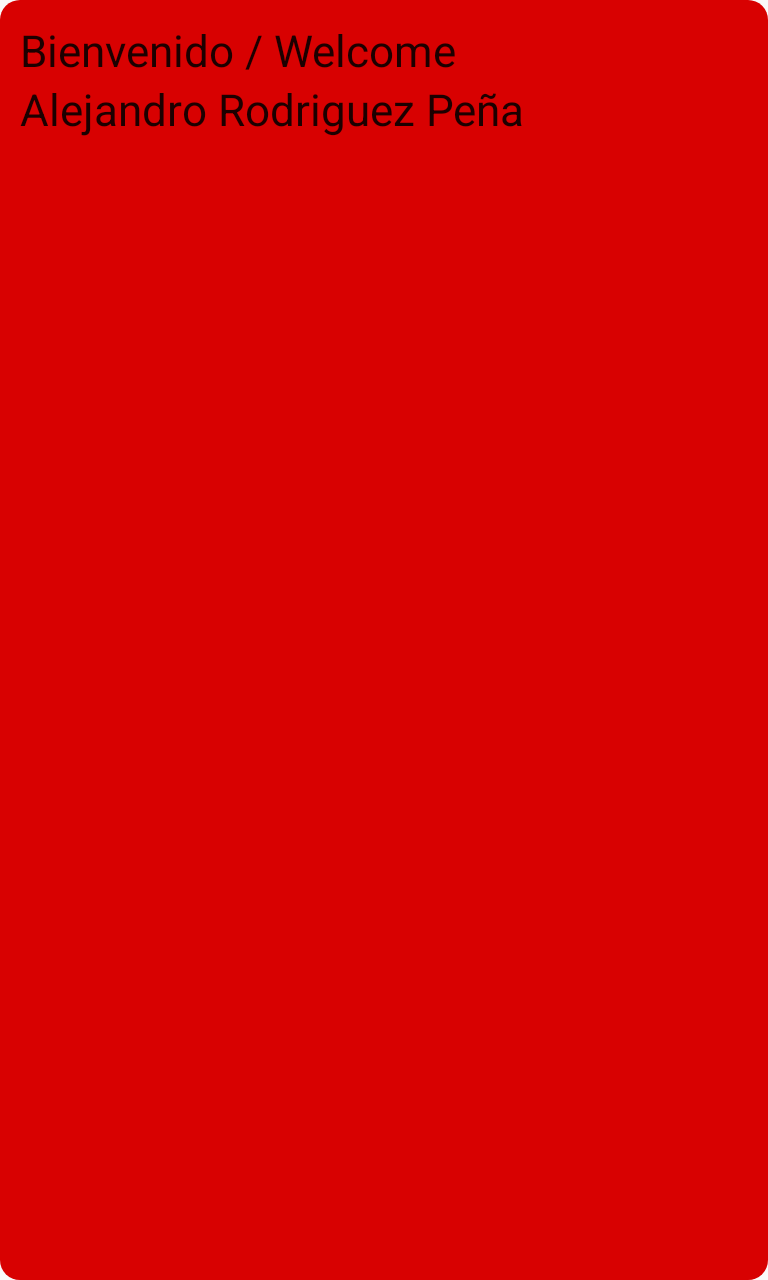
Repository: arodriguezp2003/aqandroid
Layout: Validador/res/layout/alerta_error.xml
The author's editor kept a copy of each file at every save. The layout is drawn from the files as they stood at one save, then again after the next save.
It is drawn on a 768 x 1280 px phone screen (xhdpi) without system bars, with theme AppTheme; the app's code is not run.

Above is the layout before, as saved 2014-07-10 15:54:34.

### Validador/res/layout/alerta_error.xml
<?xml version="1.0" encoding="utf-8"?>
<LinearLayout xmlns:android="http://schemas.android.com/apk/res/android"
    android:id="@+id/alerta_error"
    android:layout_width="fill_parent"
    android:layout_height="fill_parent"
    android:background="@drawable/alerta_error"
    android:orientation="vertical"
    android:padding="10dp" >

    <TextView
        android:id="@+id/aer_welcome"
        android:layout_width="wrap_content"
        android:layout_height="wrap_content"
        android:text="Bienvenido / Welcome"
        android:textAppearance="?android:attr/textAppearanceLarge" />

    <TextView
        android:id="@+id/aerName"
        android:layout_width="wrap_content"
        android:layout_height="wrap_content"
        android:text="Alejandro Rodriguez Peña"
        android:textAppearance="?android:attr/textAppearanceLarge" />

</LinearLayout>

### Validador/res/drawable-mdpi/alerta_error.xml
<?xml version="1.0" encoding="utf-8"?>
<selector xmlns:android="http://schemas.android.com/apk/res/android">
    <item android:state_pressed="true" >
        <shape>
            <solid
                android:color="#d80101" />

            <corners
                android:radius="10dp" />
            <padding
                android:left="10dp"
                android:top="10dp"
                android:right="10dp"
                android:bottom="10dp" />
        </shape>
    </item>
    <item >
        <shape >
            <solid
                android:color="#d80101" />

            <corners
                android:radius="10dp" />
            <padding
                android:left="10dp"
                android:top="10dp"
                android:right="10dp"
                android:bottom="10dp" />
        </shape>
    </item>
</selector>

Loaded but not shown: Validador/res/values/styles.xml (common file); Validador/res/values-v11/styles.xml (common file); Validador/res/values-v14/styles.xml (common file)

After the next save:
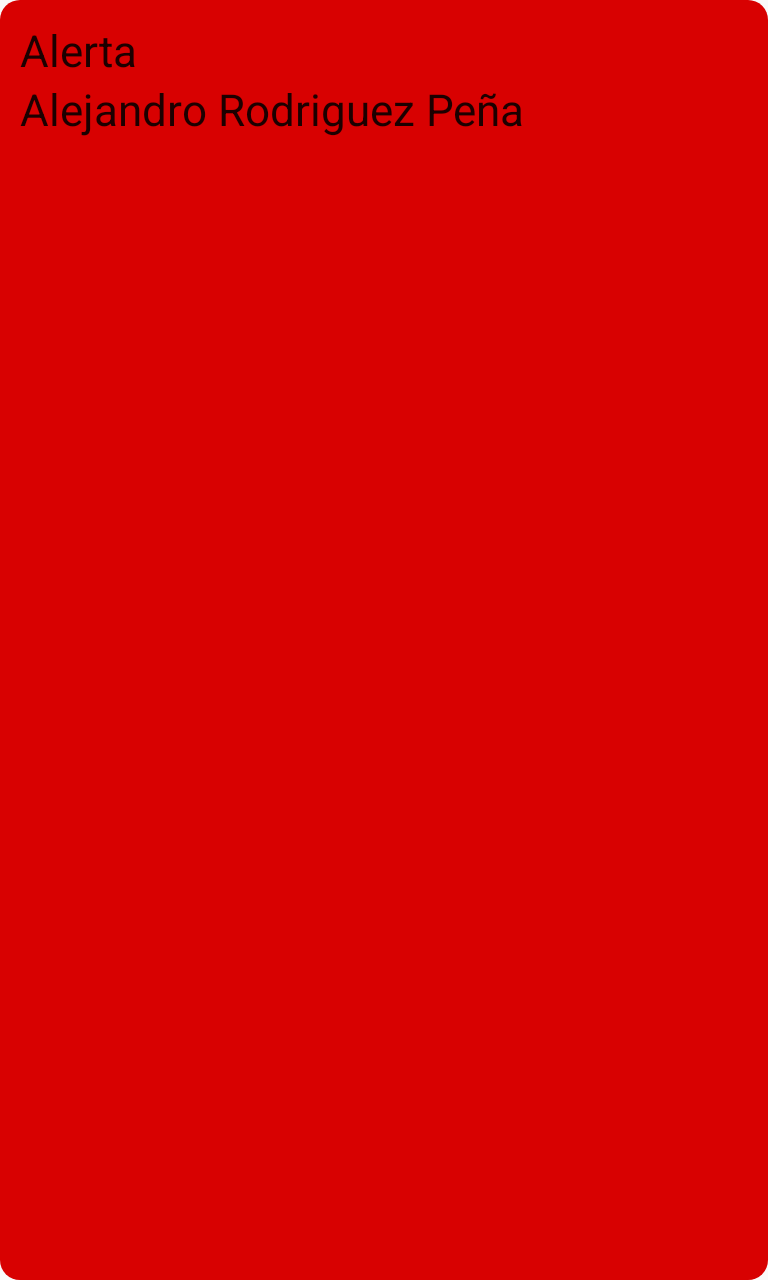
Saved 22 s later.
--- a/Validador/res/layout/alerta_error.xml
+++ b/Validador/res/layout/alerta_error.xml
@@ -11,7 +11,7 @@
         android:id="@+id/aer_welcome"
         android:layout_width="wrap_content"
         android:layout_height="wrap_content"
-        android:text="Bienvenido / Welcome"
+        android:text="Alerta"
         android:textAppearance="?android:attr/textAppearanceLarge" />
 
     <TextView
